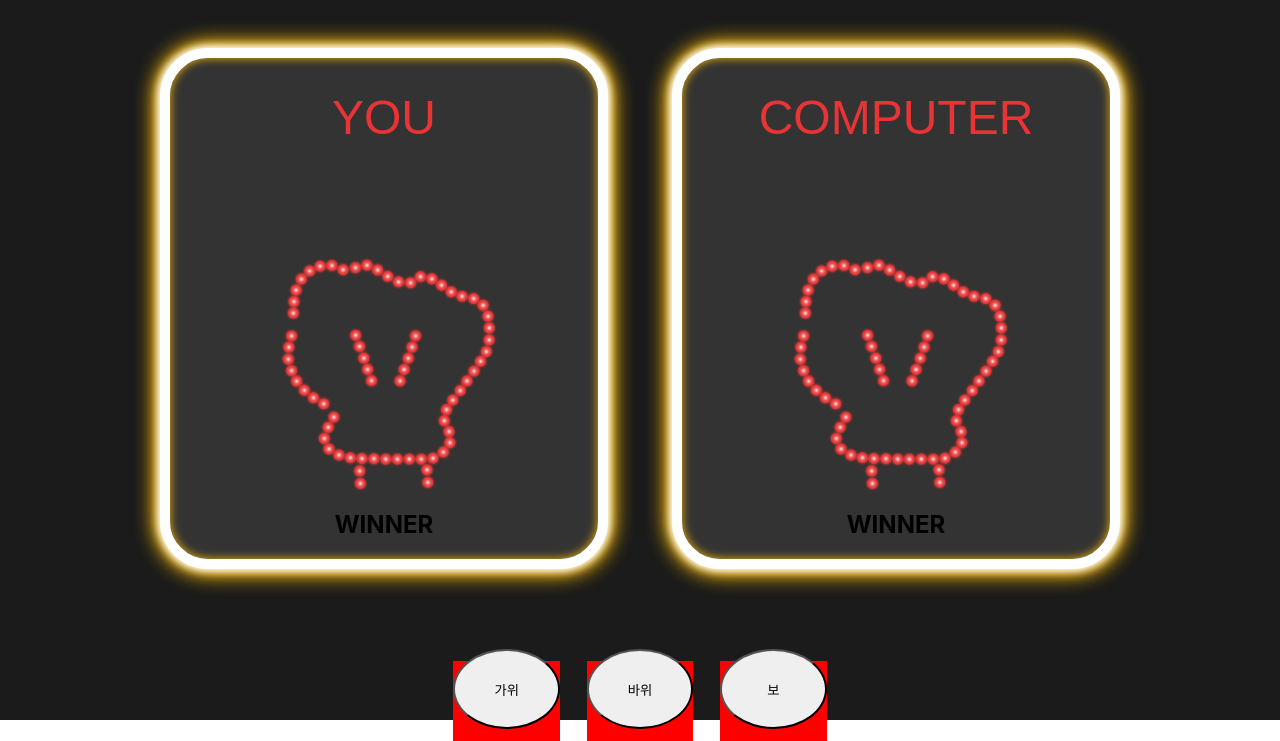
Repository: KIMMIHYE12/classComponent
Page: /
The author's editor kept a copy of each file at every save. The page is drawn from the files as they stood at one save, then again after the next save.
The browser window is 1280 px wide. The pictures show the whole page.
Some web fonts or font styles are not loaded; a fallback is used. The project was rebuilt for these pictures with package versions that can differ from the ones it lists, and the page was loaded fresh each time.

Above is the page before, as saved 2024-03-18 22:59:41.

After the next save:
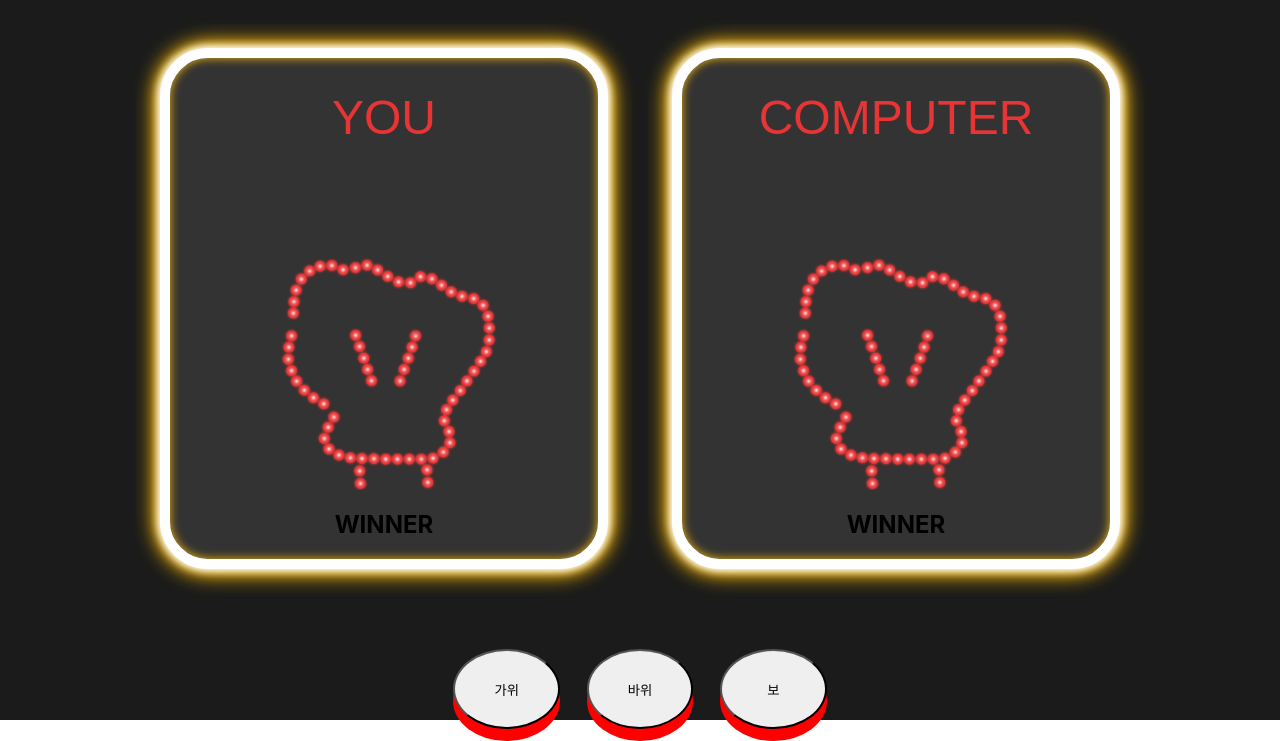
Saved 18 s later.
--- a/src/App.css
+++ b/src/App.css
@@ -77,6 +77,7 @@ img {
   left: -2px;
   right: 0;
   background: red;
+  border-radius: 50%;
   transition: all ((0.06 * 1.3) + s) ease-out;
   z-index: -1;
 }
